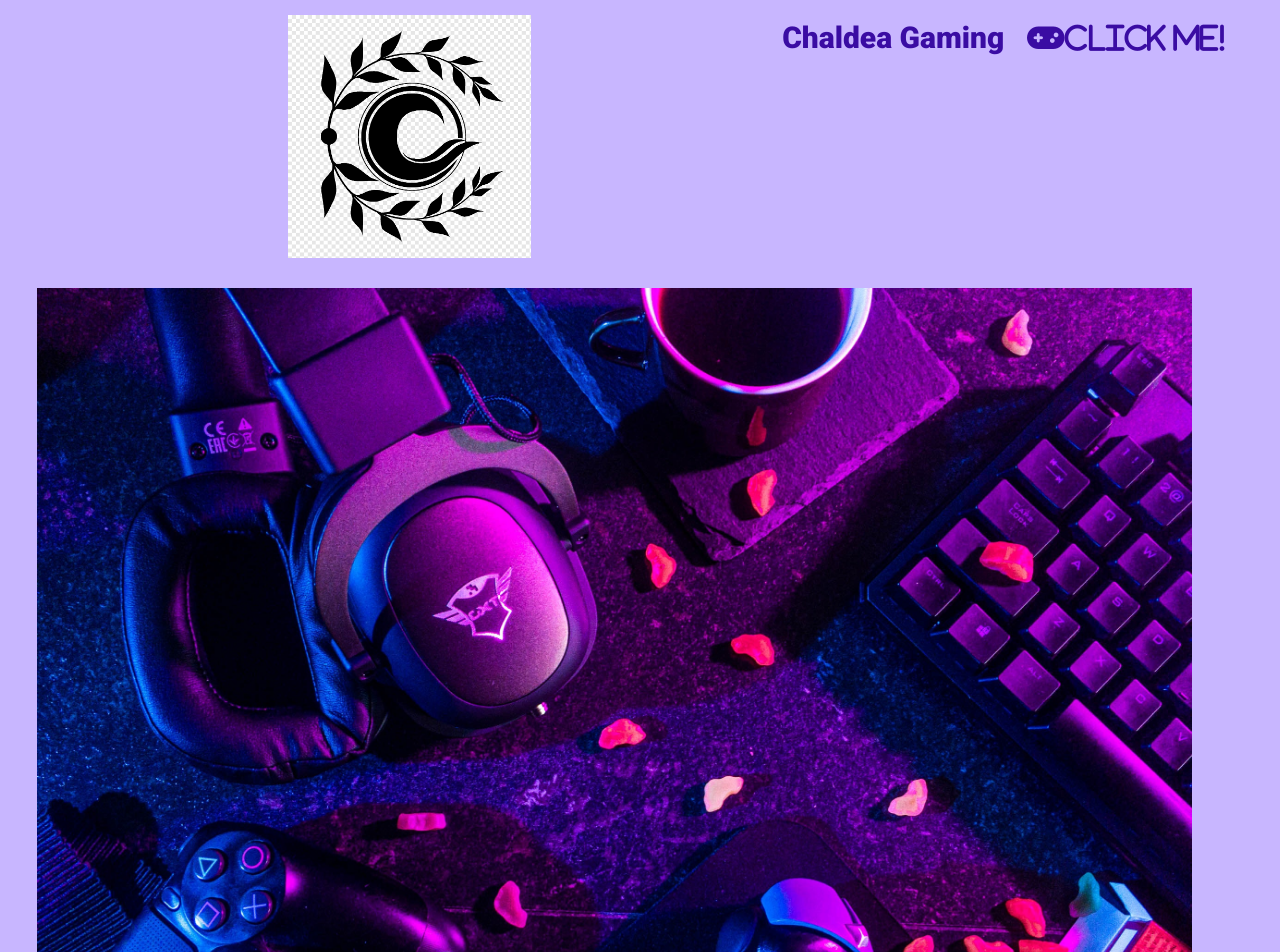
Repository: NyleNC/School-Projects
Page: Hmtl and CSS project/Contact.html
An editor plug-in stored every save of this project. The page is shown before and after a run of saves, followed by the edit.
The browser window is 1280 px wide. The pictures show the part of the page from y = 0 to 952 px (the page is 2055 px tall before and 2037 px after).
A picture or video elsewhere on the page could not be fetched, so the positions and the page height are approximate. Some web libraries are served in a nearby version.

Above is the page before, as saved 2025-01-05 14:50:55.

After the next 2 saves:
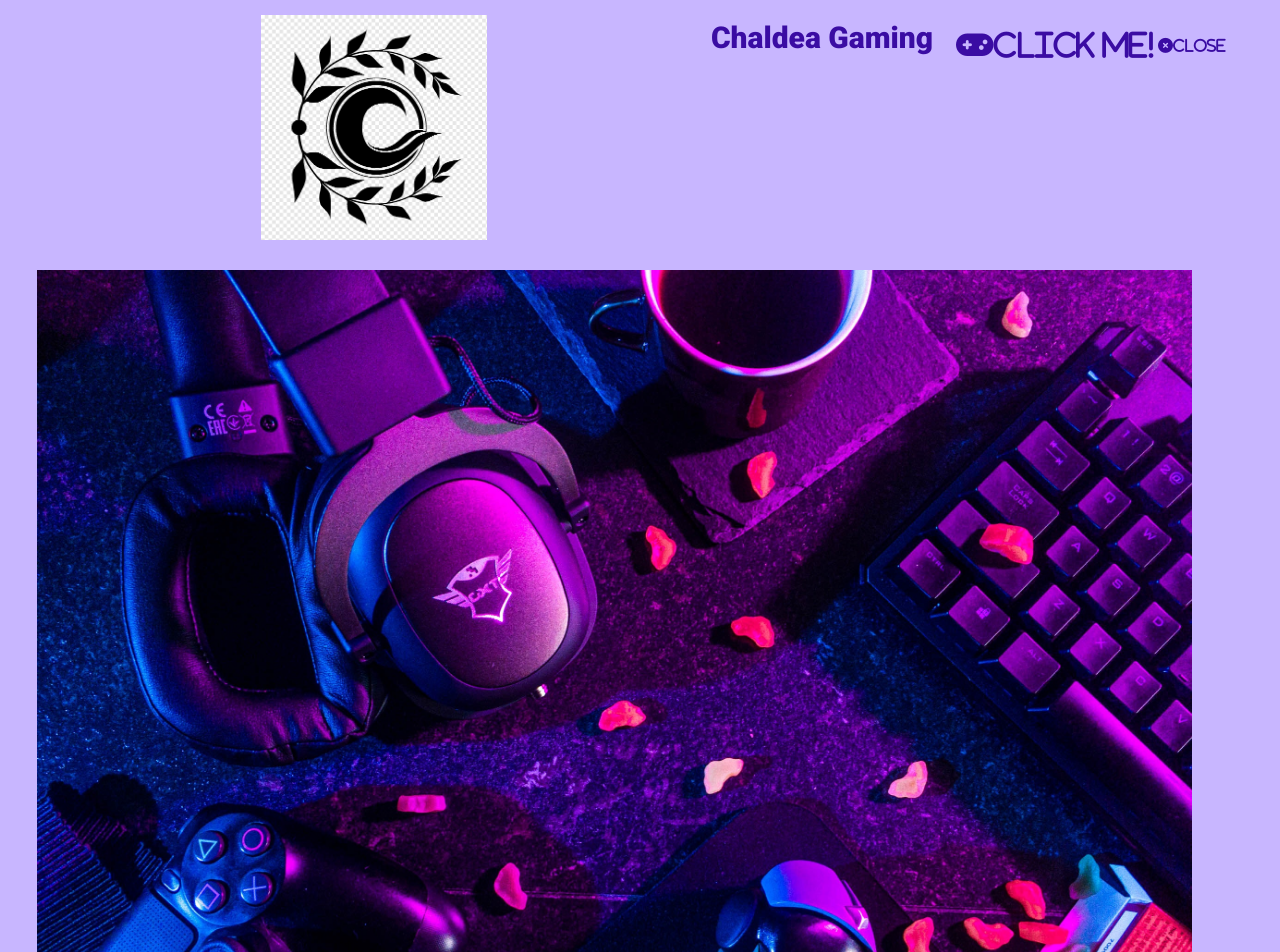
The 2 saves are shown as one change because they came seconds apart.
The last was saved 114 s later.
--- a/Hmtl and CSS project/Contact.html
+++ b/Hmtl and CSS project/Contact.html
@@ -17,7 +17,7 @@
     <header class="header-con">
         <nav class="main-nav">
             <i id="nav-toggle" class="fa-solid fa-gamepad fa-bounce fa-2xl">Click me!</i>
-            <i id="close-btn" class="hidden">Close</i>
+            <i id="close-btn" class="fa-sharp fa-solid fa-circle-xmark fa-bounce">Close</i>
             <ul id="nav-menu">
                 <li><a href="Index.html">Home</a></li>
                 <li><a href="About.html">About</a></li>
